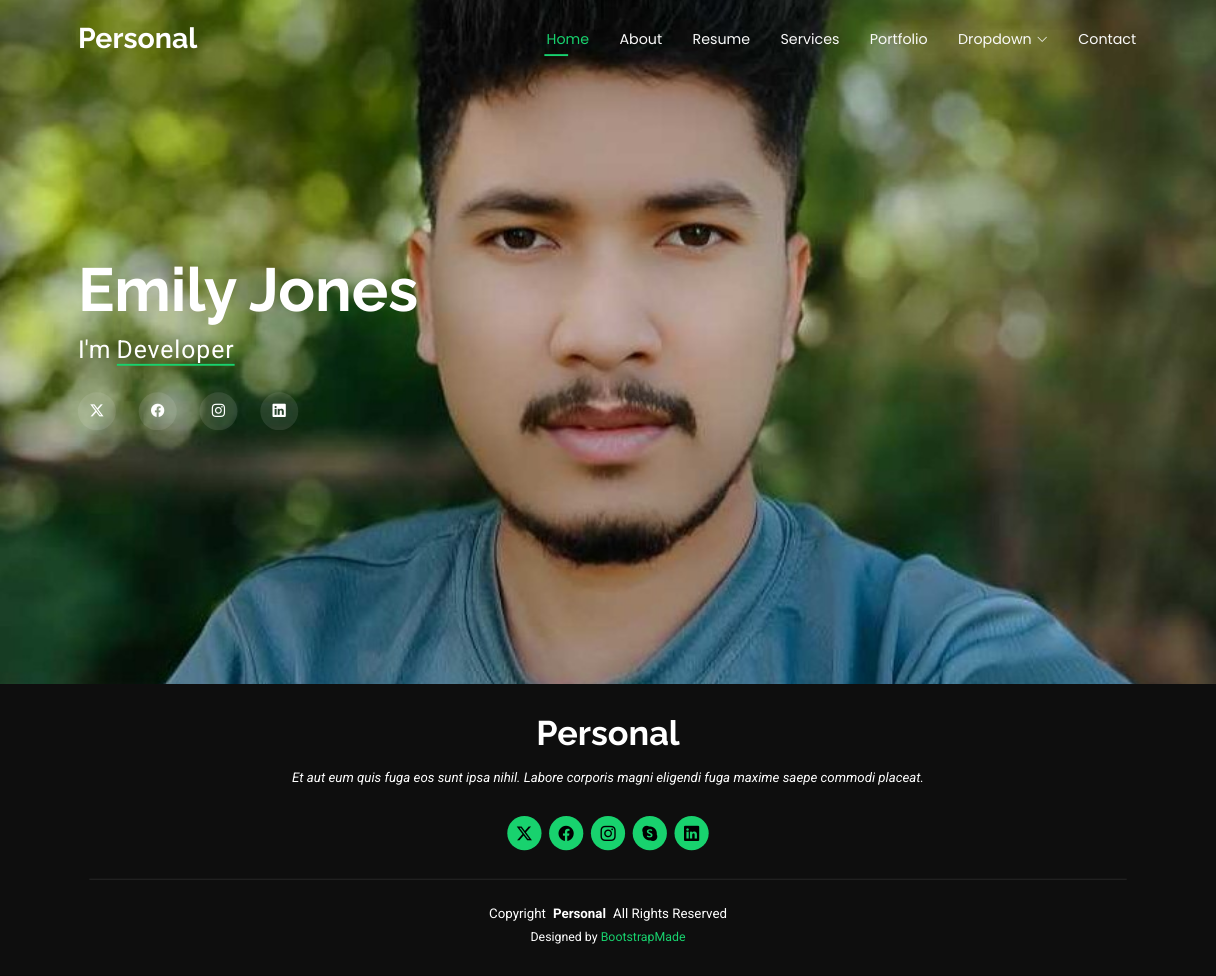
Repository: Mohanoli/mohan-git
Page: index.html
The author's editor kept a copy of each file at every save. The page is drawn from the files as they stood at one save, then again after the next save.
The browser window is 1280 px wide. The pictures show the whole page, at 95% of full size.

Above is the page before, as saved 2024-08-07 13:28:19.

### index.html
<!DOCTYPE html>
<html lang="en">

<head>
  <meta charset="utf-8">
  <meta content="width=device-width, initial-scale=1.0" name="viewport">
  <title>Index - Personal Bootstrap Template</title>
  <meta name="description" content="">
  <meta name="keywords" content="">

  <!-- Favicons -->
  <link href="assets/img/favicon.png" rel="icon">
  <link href="assets/img/apple-touch-icon.png" rel="apple-touch-icon">

  <!-- Fonts -->
  <link href="https://fonts.googleapis.com" rel="preconnect">
  <link href="https://fonts.gstatic.com" rel="preconnect" crossorigin>
  <link href="https://fonts.googleapis.com/css2?family=Roboto:ital,wght@0,100;0,300;0,400;0,500;0,700;0,900;1,100;1,300;1,400;1,500;1,700;1,900&family=Poppins:ital,wght@0,100;0,200;0,300;0,400;0,500;0,600;0,700;0,800;0,900;1,100;1,200;1,300;1,400;1,500;1,600;1,700;1,800;1,900&family=Raleway:ital,wght@0,100;0,200;0,300;0,400;0,500;0,600;0,700;0,800;0,900;1,100;1,200;1,300;1,400;1,500;1,600;1,700;1,800;1,900&display=swap" rel="stylesheet">

  <!-- Vendor CSS Files -->
  <link href="assets/vendor/bootstrap/css/bootstrap.min.css" rel="stylesheet">
  <link href="assets/vendor/bootstrap-icons/bootstrap-icons.css" rel="stylesheet">
  <link href="assets/vendor/aos/aos.css" rel="stylesheet">
  <link href="assets/vendor/swiper/swiper-bundle.min.css" rel="stylesheet">
  <link href="assets/vendor/glightbox/css/glightbox.min.css" rel="stylesheet">

  <!-- Main CSS File -->
  <link href="assets/css/main.css" rel="stylesheet">

  <!-- =======================================================
  * Template Name: Personal
  * Template URL: https://bootstrapmade.com/personal-free-resume-bootstrap-template/
  * Updated: Aug 07 2024 with Bootstrap v5.3.3
  * Author: BootstrapMade.com
  * License: https://bootstrapmade.com/license/
  ======================================================== -->
</head>

<body class="index-page">

  <header id="header" class="header d-flex align-items-center fixed-top">
    <div class="container-fluid container-xl position-relative d-flex align-items-center justify-content-between">

      <a href="index.html" class="logo d-flex align-items-center">
        <!-- Uncomment the line below if you also wish to use an image logo -->
        <!-- <img src="assets/img/logo.png" alt=""> -->
        <h1 class="sitename">Personal</h1>
      </a>

      <nav id="navmenu" class="navmenu">
        <ul>
          <li><a href="index.html" class="active">Home</a></li>
          <li><a href="about.html">About</a></li>
          <li><a href="resume.html">Resume</a></li>
          <li><a href="services.html">Services</a></li>
          <li><a href="portfolio.html">Portfolio</a></li>
          <li class="dropdown"><a href="#"><span>Dropdown</span> <i class="bi bi-chevron-down toggle-dropdown"></i></a>
            <ul>
              <li><a href="#">Dropdown 1</a></li>
              <li class="dropdown"><a href="#"><span>Deep Dropdown</span> <i class="bi bi-chevron-down toggle-dropdown"></i></a>
                <ul>
                  <li><a href="#">Deep Dropdown 1</a></li>
                  <li><a href="#">Deep Dropdown 2</a></li>
                  <li><a href="#">Deep Dropdown 3</a></li>
                  <li><a href="#">Deep Dropdown 4</a></li>
                  <li><a href="#">Deep Dropdown 5</a></li>
                </ul>
              </li>
              <li><a href="#">Dropdown 2</a></li>
              <li><a href="#">Dropdown 3</a></li>
              <li><a href="#">Dropdown 4</a></li>
            </ul>
          </li>
          <li><a href="contact.html">Contact</a></li>
        </ul>
        <i class="mobile-nav-toggle d-xl-none bi bi-list"></i>
      </nav>

    </div>
  </header>

  <main class="main">

    <!-- Hero Section -->
    <section id="hero" class="hero section dark-background">

      <img src="assets/img/hero-bg.jpg" alt="" data-aos="fade-in">

      <div class="container" data-aos="zoom-out" data-aos-delay="100">
        <h2>Emily Jones</h2>
        <p>I'm <span class="typed" data-typed-items="Designer, Developer, Freelancer, Photographer">Photographer</span><span class="typed-cursor typed-cursor--blink"></span></p>
        <div class="social-links">
          <a href="#"><i class="bi bi-twitter-x"></i></a>
          <a href="#"><i class="bi bi-facebook"></i></a>
          <a href="#"><i class="bi bi-instagram"></i></a>
          <a href="#"><i class="bi bi-linkedin"></i></a>
        </div>
      </div>

    </section><!-- /Hero Section -->

  </main>

  <footer id="footer" class="footer dark-background">
    <div class="container">
      <h3 class="sitename">Personal</h3>
      <p>Et aut eum quis fuga eos sunt ipsa nihil. Labore corporis magni eligendi fuga maxime saepe commodi placeat.</p>
      <div class="social-links d-flex justify-content-center">
        <a href=""><i class="bi bi-twitter-x"></i></a>
        <a href=""><i class="bi bi-facebook"></i></a>
        <a href=""><i class="bi bi-instagram"></i></a>
        <a href=""><i class="bi bi-skype"></i></a>
        <a href=""><i class="bi bi-linkedin"></i></a>
      </div>
      <div class="container">
        <div class="copyright">
          <span>Copyright</span> <strong class="px-1 sitename">Personal</strong> <span>All Rights Reserved</span>
        </div>
        <div class="credits">
          <!-- All the links in the footer should remain intact. -->
          <!-- You can delete the links only if you've purchased the pro version. -->
          <!-- Licensing information: https://bootstrapmade.com/license/ -->
          <!-- Purchase the pro version with working PHP/AJAX contact form: [buy-url] -->
          Designed by <a href="https://bootstrapmade.com/">BootstrapMade</a>
        </div>
      </div>
    </div>
  </footer>

  <!-- Scroll Top -->
  <a href="#" id="scroll-top" class="scroll-top d-flex align-items-center justify-content-center"><i class="bi bi-arrow-up-short"></i></a>

  <!-- Preloader -->
  <div id="preloader"></div>

  <!-- Vendor JS Files -->
  <script src="assets/vendor/bootstrap/js/bootstrap.bundle.min.js"></script>
  <script src="assets/vendor/php-email-form/validate.js"></script>
  <script src="assets/vendor/aos/aos.js"></script>
  <script src="assets/vendor/typed.js/typed.umd.js"></script>
  <script src="assets/vendor/purecounter/purecounter_vanilla.js"></script>
  <script src="assets/vendor/waypoints/noframework.waypoints.js"></script>
  <script src="assets/vendor/swiper/swiper-bundle.min.js"></script>
  <script src="assets/vendor/glightbox/js/glightbox.min.js"></script>
  <script src="assets/vendor/imagesloaded/imagesloaded.pkgd.min.js"></script>
  <script src="assets/vendor/isotope-layout/isotope.pkgd.min.js"></script>

  <!-- Main JS File -->
  <script src="assets/js/main.js"></script>

</body>

</html>

Loaded but not shown: assets/vendor/bootstrap/css/bootstrap.min.css (library); assets/vendor/bootstrap-icons/bootstrap-icons.css (library); assets/vendor/aos/aos.css (library); assets/vendor/swiper/swiper-bundle.min.css (library); assets/vendor/glightbox/css/glightbox.min.css (library); assets/vendor/bootstrap/js/bootstrap.bundle.min.js (library); assets/vendor/php-email-form/validate.js (common file); assets/vendor/aos/aos.js (library); assets/vendor/typed.js/typed.umd.js (library); assets/vendor/purecounter/purecounter_vanilla.js (library); assets/vendor/waypoints/noframework.waypoints.js (library); assets/vendor/swiper/swiper-bundle.min.js (library); assets/vendor/glightbox/js/glightbox.min.js (library); assets/vendor/imagesloaded/imagesloaded.pkgd.min.js (library); assets/vendor/isotope-layout/isotope.pkgd.min.js (library); assets/js/main.js (202 lines, source omitted); assets/css/main.css (1476 lines, source omitted)

After the next save:
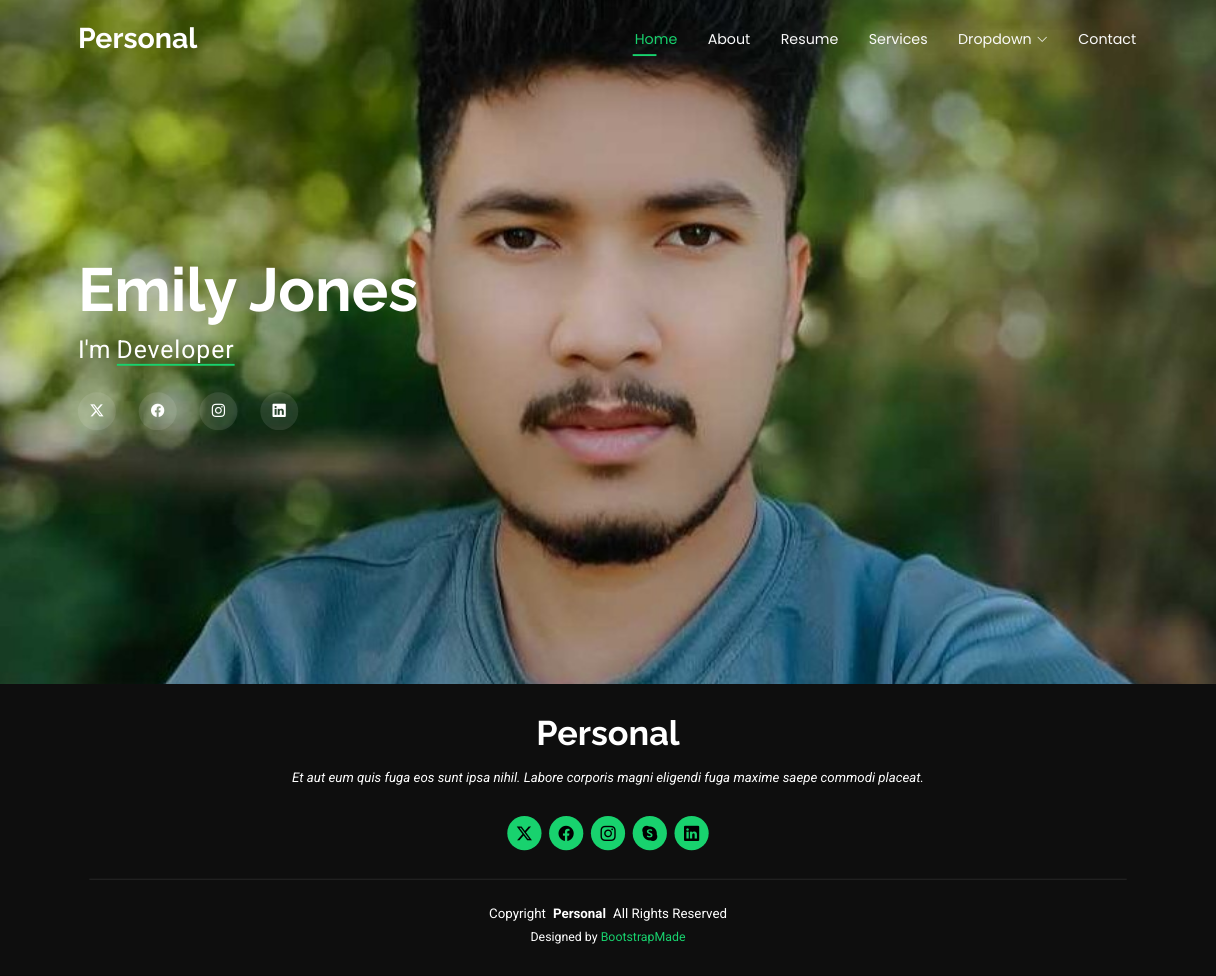
Saved 2 days later.
--- a/index.html
+++ b/index.html
@@ -53,7 +53,7 @@
           <li><a href="about.html">About</a></li>
           <li><a href="resume.html">Resume</a></li>
           <li><a href="services.html">Services</a></li>
-          <li><a href="portfolio.html">Portfolio</a></li>
+
           <li class="dropdown"><a href="#"><span>Dropdown</span> <i class="bi bi-chevron-down toggle-dropdown"></i></a>
             <ul>
               <li><a href="#">Dropdown 1</a></li>
